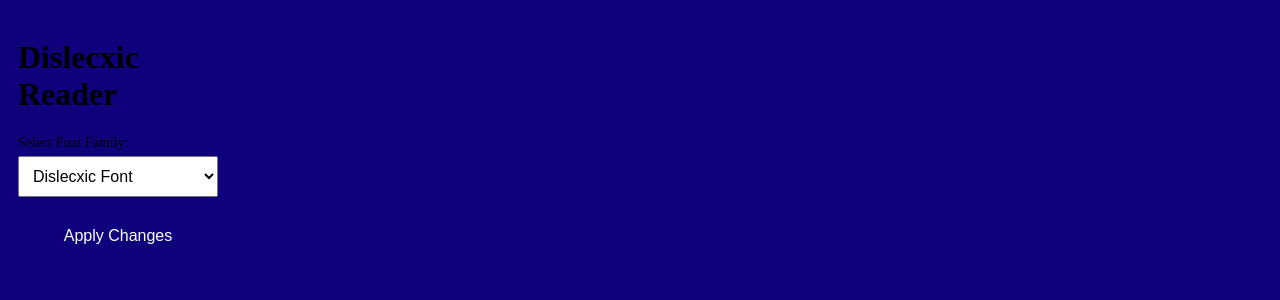
Repository: adatechschool/extension-navigateur-extension_walid_eliana_imelda
Page: Extention 3/popup.html
These files come from the project's save history. The page is drawn as it stood at one moment and after the next save; the edit follows.
The browser window is 1280 px wide. The pictures show the whole page.

Above is the page before, as saved 2024-01-12 15:53:03.

### Extention 3/popup.html
<!-- popup.html -->
<!DOCTYPE html>
<html>
<head>
  <link rel="stylesheet" type="text/css" href="popup.css">
  <script type="module" src="popup.js"></script>

  <link rel="preconnect" href="https://fonts.googleapis.com">
<link rel="preconnect" href="https://fonts.gstatic.com" crossorigin>
<link href="https://fonts.googleapis.com/css2?family=Montserrat:wght@400;700&display=swap" rel="stylesheet">

</head>
<body>
    <h1> Dislecxic Reader </h1>
  <label for="font-family">Select Font Family:</label>

  <select id="font-family">

    <option value="Montserrat">Dislecxic Font</option>

    <option value="Arial"> Lettres en Gras</option>

    <option value="Courier New"> Le deux</option>
    <!-- Add more font options as needed -->
  </select>

  <button id="apply-button">Apply Changes</button>
</body>
</html>

### Extention 3/popup.css
body {
    width: 200px;
    padding: 10px;
    background-color: #0f007c;
  }

  label {
    display: block;
    margin-bottom: 5px;
    font-size: 14px;
  }

  select, button {
    width: 100%;
    margin-bottom: 20px;
    padding: 10px;
    font-size: 16px;
  }

  button {
    background-color: #0f007c;
    color: white;
    border: 5px;
    cursor: pointer;
  }

  button:hover {
    background-color: #357ae8;
  }

### Extention 3/popup.js
document.addEventListener('DOMContentLoaded', function() {
    var applyButton = document.getElementById('apply-button');
    var fontFamilySelect = document.getElementById('font-family');

    applyButton.addEventListener('click', function() {
      var selectedFontFamily = fontFamilySelect.value;
      chrome.tabs.query({ active: true, currentWindow: true }, function(tabs) {
        chrome.tabs.sendMessage(tabs[0].id, { action: 'applyChanges', selectedFontFamily: selectedFontFamily });
      });
    });
  });

After the next save:
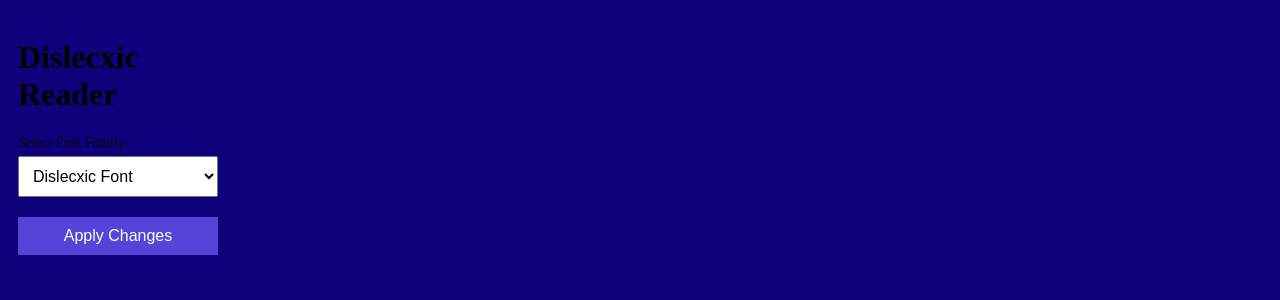
Saved 26 s later.
--- a/Extention 3/popup.css
+++ b/Extention 3/popup.css
@@ -18,7 +18,7 @@ body {
   }
 
   button {
-    background-color: #0f007c;
+    background-color: #5544d7;
     color: white;
     border: 5px;
     cursor: pointer;
